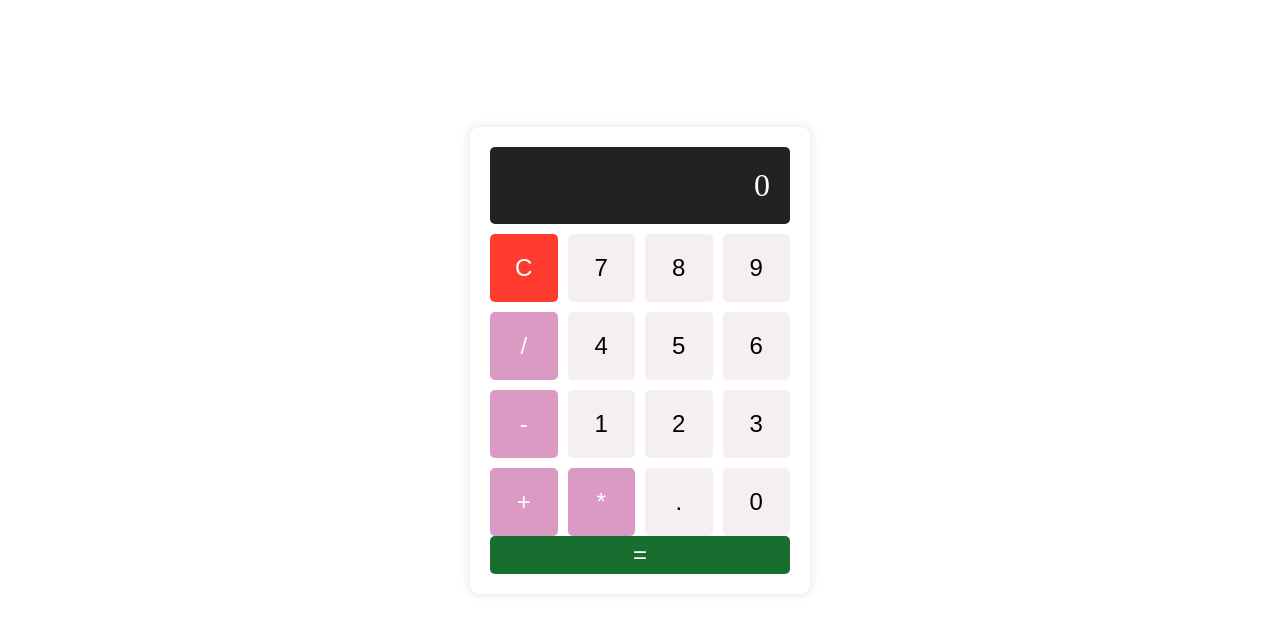
Repository: alizey12/calculator
Page: index.html
The author's editor kept a copy of each file at every save. The page is drawn from the files as they stood at one save, then again after a run of saves.
The browser window is 1280 px wide. The pictures show the whole page.

Above is the page before, as saved 2024-11-23 19:53:04.

### index.html
<!DOCTYPE html>
<html lang="en">
<head>
    <meta charset="UTF-8">
    <meta name="viewport" content="width=device-width, initial-scale=1.0">
    <title>Document</title>
    <link rel="stylesheet" href="styles.css">
</head>
<body>
 <div class="calculator">
            <div class="display" id="display">0</div>
            <div class="buttons">


                <button class="btn" id="clear">C</button>
                <button class="btn">7</button>
                <button class="btn">8</button>
                <button class="btn">9</button>
                <button class="btn operator">/</button>
                <button class="btn">4</button>
                <button class="btn">5</button>
                <button class="btn">6</button>
                <button class="btn operator">-</button>
                <button class="btn">1</button>
                <button class="btn">2</button>
                <button class="btn">3</button>
                <button class="btn operator">+</button>
                <button class="btn operator">*</button>
                <button class="btn">.</button>
                <button class="btn">0</button>



            </div>
            <button class="btn operator" id="equals">=</button>

        </div>


    <script src="script.js"></script>
</body>
</html>

### styles.css
body {
    display: flex;
    justify-content: center;
    align-items: center;
    height: 100vh;
    background-color: #ffffff;
    margin: 0;
}

.calculator {
    border: 1px solid #f3f3f3;
    border-radius: 10px;
    padding: 20px;
    background-color: #fff;
    box-shadow: 0 0 10px rgba(0, 0, 0, 0.1);
}

.display {
    font-size: 2em;
    margin-bottom: 10px;
    padding: 20px;
    background-color: #222;
    color: #fff;
    text-align: right;
    border-radius: 5px;
}


.buttons {
    display: grid;
    grid-template-columns: repeat(4, 1fr);
    gap: 10px;
}

.btn {
    padding: 20px;
    font-size: 1.5em;
    border: none;
    border-radius: 5px;
    background-color: #f5efef;
    cursor: pointer;
}

.btn.operator {
    background-color: #da9ac4;
    color: #fff;
}

.btn#clear {
    background-color: #ff3b30;
    color: #fff;
}

#equals {
 width: 300px;
 padding: 5px;
    background-color: #186e2e;
    color: #fff;
}

Loaded but not shown: script.js (no copy from this time; the picture is the same without it)

After the next 2 saves:
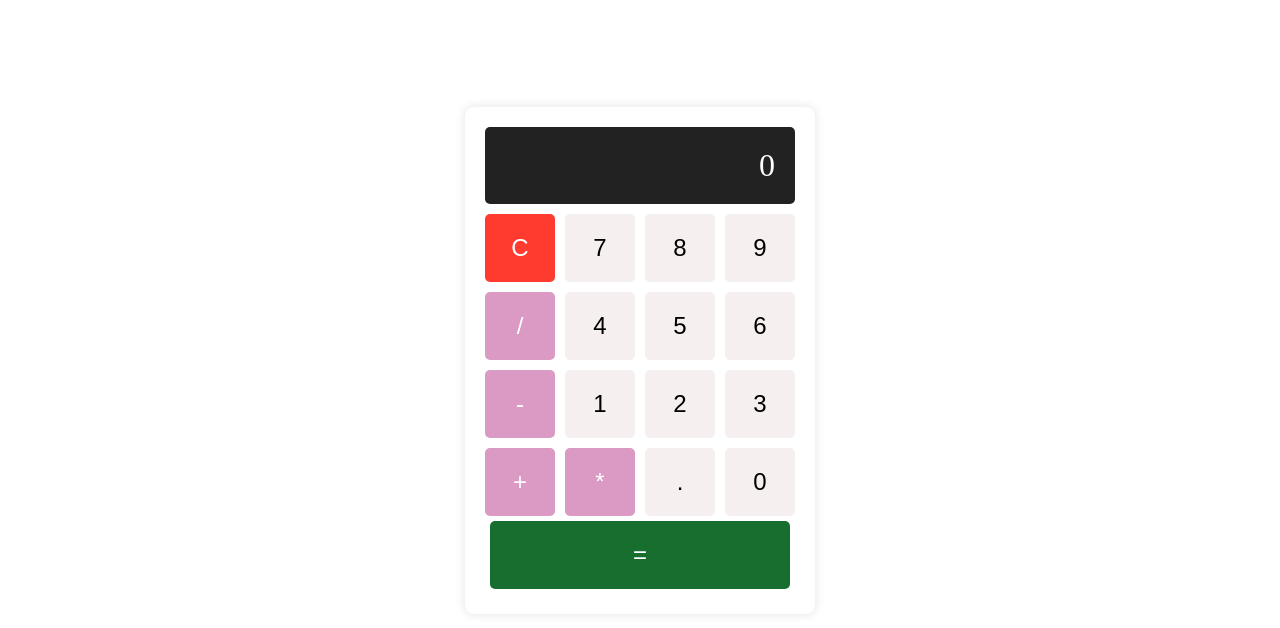
The 2 saves are shown as one change because they came seconds apart.
The last was saved 7 s later.
--- a/styles.css
+++ b/styles.css
@@ -53,7 +53,7 @@ body {
 
 #equals {
  width: 300px;
- padding: 5px;
+ margin: 5px;
     background-color: #186e2e;
     color: #fff;
 }
